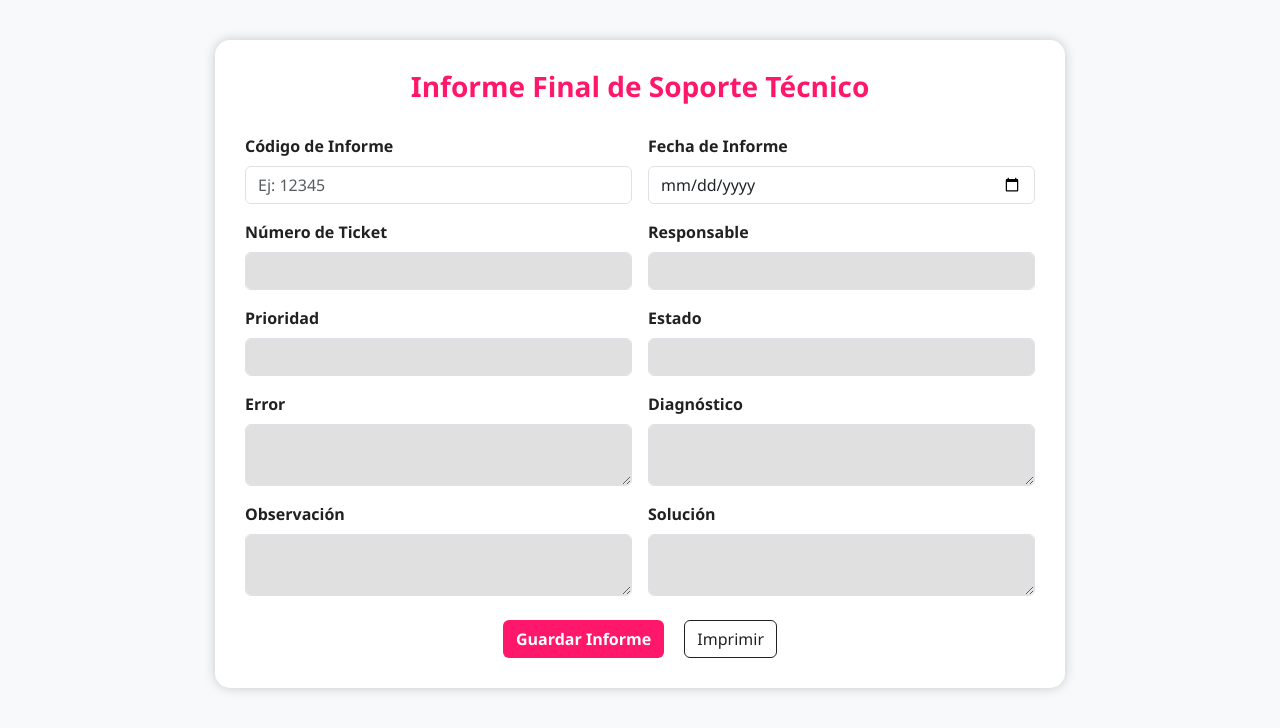
Repository: raquelcm2025/soporte-zenta
Page: http://localhost/informe
These files come from the project's save history. The page is drawn as it stood at one moment and after the next save; the edit follows.
The browser window is 1280 px wide. The pictures show the whole page.
The page is this project's Thymeleaf template; nobody is signed in. The template is opened directly, without the code that normally fills it, so the values that code supplies are empty.

Above is the page before, as saved 2025-07-03 23:52:39.

After the next save:
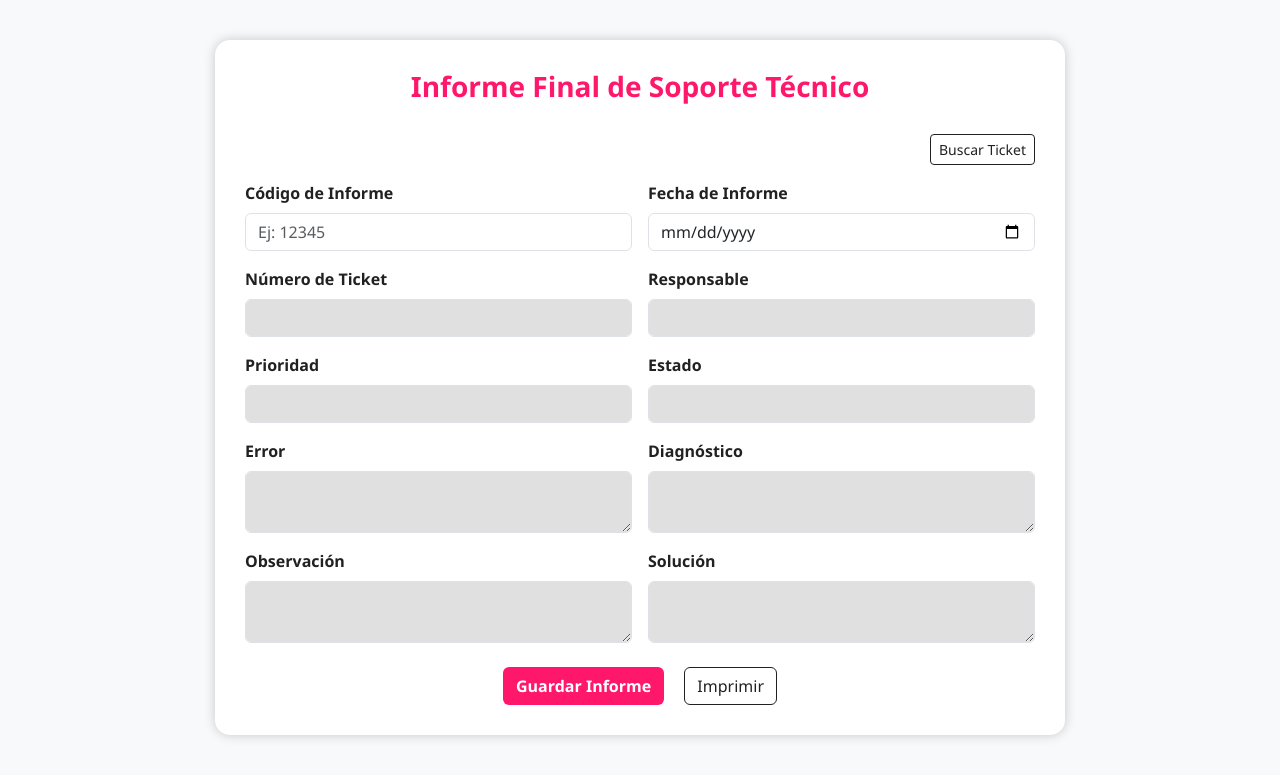
Saved 10 s later.
--- a/zenta/src/main/resources/templates/informe.html
+++ b/zenta/src/main/resources/templates/informe.html
@@ -55,6 +55,12 @@
 
 <div class="card">
   <h3 class="titulo-zenta">Informe Final de Soporte Técnico</h3>
+  <div class="text-end mb-3">
+    <button type="button" class="btn btn-dark-outline btn-sm" data-bs-toggle="modal" data-bs-target="#modalTickets">
+      Buscar Ticket
+    </button>
+  </div>
+
 
   <form th:action="@{/informe/guardar}" method="post" th:object="${informe}">
     <div class="row g-3">
